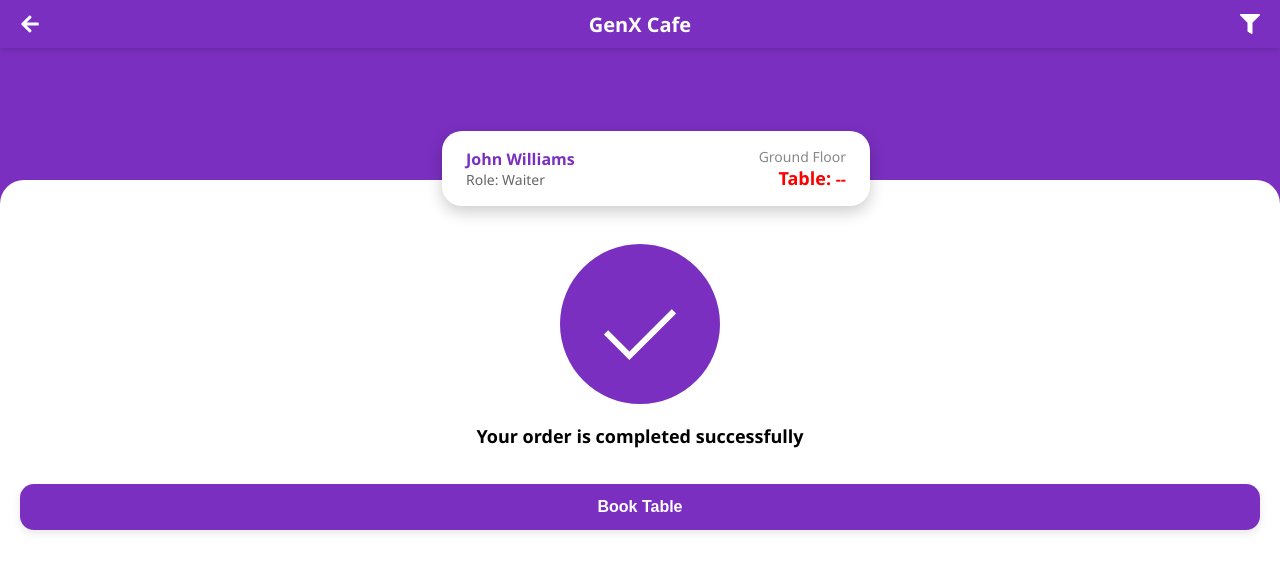
Repository: rajeshwaranslv/sturdy-spork-genx-frontend
Page: /success
The author's editor kept a copy of each file at every save. The page is drawn from the files as they stood at one save, then again after the next save.
The browser window is 1280 px wide. The pictures show the whole page.
The project was rebuilt for these pictures with package versions that can differ from the ones it lists, and the page was loaded fresh each time. Also part of the build but not shown: src/components/TableSelection.js, src/components/menu.css, src/components/MenuSelection.js, src/components/OrderReview.js, src/components/Billing.js.

Above is the page before, as saved 2025-07-17 11:32:21.

### src/App.js
import React from 'react';
import { BrowserRouter as Router, Route, Switch } from 'react-router-dom';
import TableSelection from './components/TableSelection';
import MenuSelection from './components/MenuSelection';
import OrderReview from './components/OrderReview';
import Billing from './components/Billing';
import Success from './components/Success';

export default function App() {
  return (
    <Router>
      <Switch>
        <Route exact path="/" component={TableSelection} />
        <Route path="/menu/:tableId" component={MenuSelection} />
   <Route path="/orders/:orderId" component={OrderReview} />

        <Route path="/billing/:orderId" component={Billing} />
        <Route path="/success" component={Success} />
      </Switch>
    </Router>
  );
}

### src/components/Success.js
import React, { useEffect } from 'react';
import { withRouter } from 'react-router-dom';
import { updateTableStatus } from '../services/api';
import { FaArrowLeft, FaFilter } from 'react-icons/fa';
import './success.css';

function Success({ history, location }) {
  const tableId = location.state?.tableId;

  useEffect(() => {
    if (tableId) {
      updateTableStatus(tableId, { status: 'available' })
        .then(() => console.log(`✅ Table ${tableId} marked available`))
        .catch(err => console.error('❌ Failed to update table status:', err));
    }
  }, [tableId]);

  const waiter = {
    name: 'John Williams',
    role: 'Waiter',
    floor: 'Ground Floor',
    tableId: tableId ?? '--',
  };

  return (
    <div className="container-fluid">
      {/* ✅ Header */}
      <div className="header-bar">
        <FaArrowLeft className="icon" onClick={() => history.push('/')} />
        <h2>GenX Cafe</h2>
        <FaFilter className="icon" />
      </div>

      {/* ✅ Waiter Card */}
      <div className="waiter-card">
        <div className="waiter-left">
          <strong className="waiter-name">{waiter.name}</strong>
          <div className="waiter-role">Role: {waiter.role}</div>
        </div>
        <div className="waiter-right">
          <div className="floor-label">{waiter.floor}</div>
          <div className="orders-count">
            Table: <span className="order-red">{waiter.tableId}</span>
          </div>
        </div>
      </div>

      {/* ✅ Success Body */}
      <div className="table-section">
        <div className="checkmark-circle">
          <div className="checkmark" />
        </div>
        <h2 className="success-text" style={{textAlign:"center"}}>Your order is completed successfully</h2>
              {/* ✅ Footer Button */}
      <button className="footer-btn" onClick={() => history.push('/')}>
        Book Table
      </button>
      </div>


    </div>
  );
}

export default withRouter(Success);

### src/services/api.js
import axios from 'axios';

const API = axios.create({
  baseURL: 'http://localhost:3001/',
});

export const getTables = () => API.get('/tables');
export const getTableDetails = (id) => API.get(`/tables/${id}`);
export const getFoodItems = () => API.get('/foodItems');

export const placeOrder = (data) => API.post('/orders', data);
export const updateOrderItemStatus = (id, payload) => API.patch(`/orders/${id}`, payload);
export const getOrder = (id) => API.get(`/orders/${id}`);
export const generateBill = (data) => API.post('/bills', data);

// ✅ NEW: Update table status
export const updateTableStatus = (id, payload) => API.patch(`/tables/${id}`, payload);

### src/components/style.css

*{
  margin: 0;
  padding: 0;
}
.container-fluid {
  position: relative;
  background-color: #7a2fc0;
  /* min-height: 100vh; */
  font-family: 'Segoe UI', sans-serif;
  overflow-x: hidden;
}

/* Header */
.header-bar {
  display: flex;
  justify-content: space-between;
  align-items: center;
  padding: 16px;
  color: white;
  background: #7a2fc0;
  position: sticky;
  top: 0;
  z-index: 10;
}

.header-bar h2 {
  margin: 0;
  font-size: 20px;
}

.icon {
  font-size: 18px;
  cursor: pointer;
}

/* Floating Waiter Card */
.waiter-card {
  position: absolute;
  top: 80px;
  left: 50%;
  transform: translateX(-50%);
  z-index: 20;
  background: white;
  border-radius: 16px;
  box-shadow: 0 6px 12px rgba(0, 0, 0, 0.15);
  padding: 14px 20px;
  width: 90%;
  max-width: 360px;
  display: flex;
  justify-content: space-between;
  align-items: center;
}

.waiter-name {
  color: #7a2fc0;
  font-weight: bold;
}

.waiter-role {
  font-size: 12px;
  color: #777;
}

.floor-label {
  font-weight: bold;
  font-size: 14px;
}

.orders-count {
  font-size: 12px;
  color: #777;
}

.order-red {
  color: red;
  font-weight: bold;
}

/* Main White Rounded Table Section */
.table-section {
  background: white;
  margin-top: 140px; /* space for card to float */
  border-top-left-radius: 24px;
  border-top-right-radius: 24px;
  padding: 90px 16px 24px;
  position: relative;
  z-index: 1;
}

/* Legend */
.legend-row {
  display: flex;
  justify-content: center;
  gap: 24px;
  font-size: 14px;
  margin-bottom: 20px;
  flex-wrap: wrap;
}

.legend-item {
  display: flex;
  align-items: center;
  gap: 6px;
}

.legend-dot {
  width: 10px;
  height: 10px;
  border-radius: 50%;
  display: inline-block;
}

.legend-dot.green {
  background-color: green;
}
.legend-dot.purple {
  background-color: purple;
}
.legend-dot.red {
  background-color: red;
}

/* Table Grid */
.table-grid {
  display: grid;
  grid-template-columns: repeat(auto-fit, minmax(110px, 1fr));
  gap: 14px;
  margin-bottom: 16px;
}

/* Table Buttons */
.table-btn {
  padding: 14px 0;
  border-radius: 14px;
  font-size: 16px;
  font-weight: bold;
  border: 2px solid transparent;
  cursor: pointer;
  text-align: center;
  transition: all 0.2s ease-in-out;
}

.table-btn.available {
  color: green;
  border: 2px solid green;
  background-color: white;
}
.table-btn.available:hover {
  background-color: #f0fff0;
}

.table-btn.selected {
  background-color: #7a2fc0;
  color: white;
  border: 2px solid #7a2fc0;
}

.table-btn.occupied {
  background-color: red;
  color: white;
  cursor: not-allowed;
}

/* Select Button */
.select-btn {
  width: 100%;
  padding: 14px;
  border-radius: 14px;
  background-color: #7a2fc0;
  color: white;
  font-size: 16px;
  font-weight: bold;
  border: none;
  cursor: pointer;
  box-shadow: 0 3px 8px rgba(0, 0, 0, 0.1);
}

.select-btn:disabled {
  opacity: 0.5;
  cursor: not-allowed;
}

.select-btn:hover {
  background-color: #6926b2;
}

/* Responsive */
@media (max-width: 480px) {
  .waiter-card {
    flex-direction: column;
    align-items: flex-start;
    padding: 16px;
    gap: 8px;
  }

  .legend-row {
    gap: 10px;
    font-size: 12px;
  }

  .table-btn {
    font-size: 14px;
    padding: 12px 0;
  }
}
/* Floating Waiter Card */
.waiter-card {
  position: absolute;
  top: 80px;
  left: 50%;
  transform: translateX(-50%);
  z-index: 20;
  background: white;
  border-radius: 16px;
  box-shadow: 0 6px 12px rgba(0, 0, 0, 0.15);
  padding: 14px 20px;
  width: 92%;
  max-width: 380px;
  display: flex;
  justify-content: space-between;
  align-items: center;
  transition: all 0.3s ease-in-out;
}

.waiter-name {
  color: #7a2fc0;
  font-weight: bold;
  font-size: 16px;
}

.waiter-role {
  font-size: 13px;
  color: #777;
}

.floor-label {
  font-weight: bold;
  font-size: 14px;
}

.orders-count {
  font-size: 13px;
  color: #777;
}

.order-red {
  color: red;
  font-weight: bold;
}

/* 💻 Tablet and Desktop View - Wider and Bigger Card */
@media (min-width: 768px) {
  .waiter-card {
    max-width: 640px;
    padding: 20px 32px;
  }

  .waiter-name {
    font-size: 20px;
  }

  .waiter-role,
  .orders-count,
  .floor-label {
    font-size: 16px;
  }
}

/* 🖥️ Larger Screens */
@media (min-width: 1024px) {
  .waiter-card {
    max-width: 800px;
    padding: 24px 40px;
  }

  .waiter-name {
    font-size: 22px;
  }

  .waiter-role,
  .orders-count,
  .floor-label {
    font-size: 18px;
  }
}

### src/components/order.css
/* Container Styling */
.container-fluid {
  display: flex;
  flex-direction: column;
  height: 100vh;
  overflow: hidden;
  background-color: #f6f6f6;
}

/* Header */
.header-bar {
  display: flex;
  justify-content: space-between;
  align-items: center;
  padding: 16px;
  font-size: 20px;
  background: #7a2fc0;
  color: white;
  position: sticky;
  top: 0;
  z-index: 1000;
}

/* Icons in Header */
.icon {
  cursor: pointer;
  font-size: 18px;
  color: white;
}

/* Waiter Card */
.waiter-card {
  display: flex;
  justify-content: space-between;
  background-color: white;
  margin: 1rem;
  padding: 1rem 1.2rem;
  border-radius: 18px;
  box-shadow: 0 4px 12px rgba(0, 0, 0, 0.08);
}

.waiter-left .waiter-name {
  font-size: 16px;
  color: #7a2fc0;
}

.waiter-left .waiter-role {
  font-size: 14px;
  color: #666;
}

.waiter-right .floor-label {
  font-size: 14px;
  color: #888;
  text-align: right;
}

.waiter-right .orders-count {
  font-size: 18px;
  font-weight: bold;
  color: red;
  text-align: right;
}

.order-red {
  color: red;
}

/* Scrollable White Section */
.table-section {
  flex: 1;
  background: white;
  border-radius: 20px 20px 0 0;
  padding-top: 1rem;
  overflow-y: auto;
}

/* Items Ordered Row */
.item-row {
  display: flex;
  justify-content: space-between;
  align-items: center;
  margin: 12px 1rem;
  padding-bottom: 12px;
  border-bottom: 1px solid #eee;
}

/* Item Info */
.item-info p {
  margin-top: 4px;
  color: #666;
}

/* Order Status Toggle */
.item-status {
  text-align: right;
  padding-right: 1rem;
}

/* Switch (Ant Design) customization */
.ant-switch {
  background-color: #ccc;
  height: 22px;
  min-width: 40px;
  box-shadow: inset 0 0 1px rgba(0, 0, 0, 0.2);
  vertical-align: middle;
}

.ant-switch-checked {
  background-color: #7a2fc0 !important;
}

.ant-switch-handle {
  top: 2px;
}

.ant-switch-checked .ant-switch-handle {
  left: calc(100% - 20px);
}

/* Order Status Labels */
.status-label {
  font-size: 13px;
  margin-top: 4px;
  display: block;
}

.status-label.served {
  color: #7a2fc0;
  font-weight: bold;
}

.status-label.ordered {
  color: orange;
  font-weight: bold;
}

/* Button Styling */
.select-btn {
  display: block;
  width: 90%;
  margin: 2rem auto;
  padding: 12px;
  font-size: 16px;
  background-color: #7a2fc0;
  color: white;
  border: none;
  border-radius: 12px;
  box-shadow: 0 4px 10px rgba(0, 0, 0, 0.15);
  cursor: pointer;
  transition: 0.3s;
}

.select-btn:hover {
  background-color: #6821a9;
}

### src/components/billing.css
/* Base Container */
.container-fluid {
  background-color: #7a2fc0;
  min-height: 100vh;
  font-family: 'Segoe UI', sans-serif;
  overflow: hidden;
  display: flex;
  flex-direction: column;
}

/* Header */
.header-bar {
  display: flex;
  justify-content: space-between;
  align-items: center;
  padding: 16px 20px;
  color: white;
  background: #7a2fc0;
  position: sticky;
  top: 0;
  z-index: 10;
}

.header-bar h2 {
  margin: 0;
  font-size: 20px;
}

.icon {
  font-size: 18px;
  cursor: pointer;
}

/* Floating Waiter Card */
.waiter-card {
  position: fixed;
  top: 115px;
  left: 50%;
  transform: translateX(-50%);
  z-index: 99;
  background: white;
  border-radius: 20px;
  box-shadow: 0 6px 16px rgba(0, 0, 0, 0.2);
  padding: 16px 24px;
  width: 92%;
  max-width: 380px;
  display: flex;
  justify-content: space-between;
  align-items: center;
}

.waiter-left {
  display: flex;
  flex-direction: column;
}

.waiter-name {
  color: #7a2fc0;
  font-weight: bold;
  font-size: 16px;
}

.waiter-role {
  font-size: 13px;
  color: #666;
}

.floor-label {
  font-size: 13px;
  font-weight: 500;
  color: #333;
}

.orders-count .order-red {
  color: red;
  font-weight: bold;
  font-size: 16px;
}

/* Scrollable Section */
.table-section {
  margin-top: 180px;
  background-color: white;
  border-top-left-radius: 24px;
  border-top-right-radius: 24px;
  padding: 24px 20px 40px;
  flex: 1;
  overflow-y: auto;
}

/* Section Title */
.table-section h2 {
  font-size: 18px;
  font-weight: bold;
  margin-bottom: 20px;
}

/* Items List */
.order-list {
  list-style: none;
  padding: 0;
  margin: 0;
}

.item-row {
  display: flex;
  justify-content: space-between;
  align-items: center;
  padding: 12px 0;
  border-bottom: 1px solid #eee;
}

.item-info {
  display: flex;
  flex-direction: column;
}

.item-info strong {
  font-size: 16px;
  margin-bottom: 4px;
}

.item-info p {
  font-size: 14px;
  color: #666;
  margin: 0;
}

/* Quantity Controls */
.qty-controls {
  display: flex;
  align-items: center;
  gap: 12px;
}

.qty-btn {
  background-color: #7a2fc0;
  color: white;
  border: none;
  border-radius: 50%;
  width: 36px;
  height: 36px;
  font-size: 20px;
  font-weight: bold;
  cursor: pointer;
  display: flex;
  align-items: center;
  justify-content: center;
  transition: background-color 0.2s ease;
}

.qty-btn:hover {
  background-color: #6926b2;
}

.qty-controls span {
  font-size: 16px;
  font-weight: bold;
  min-width: 24px;
  text-align: center;
}

/* Invoice Summary */
.invoice-summary {
  background-color: #f9f9f9;
  padding: 20px;
  margin-top: 32px;
  border-radius: 16px;
  box-shadow: 0 -2px 6px rgba(0, 0, 0, 0.05);
}

.invoice-summary p {
  margin: 8px 0;
  font-size: 15px;
}

.invoice-summary p:first-child {
  margin-bottom: 16px;
  font-size: 18px;
  font-weight: bold;
}

.invoice-summary p:last-child {
  font-size: 18px;
  font-weight: bold;
  color: #333;
}

/* Footer Button */
.select-btn {
  width: 100%;
  margin-top: 24px;
  padding: 16px;
  font-size: 16px;
  font-weight: bold;
  background-color: #7a2fc0;
  color: white;
  border: none;
  border-radius: 16px;
  cursor: pointer;
  box-shadow: 0 3px 8px rgba(0, 0, 0, 0.1);
}

.select-btn:hover {
  background-color: #6926b2;
}

### src/components/success.css
/* Container for Success Page */
.success-page {
  min-height: 100vh;
  display: flex;
  flex-direction: column;
  padding-top: 70px; /* space for header */
  align-items: center;
  justify-content: center;
  background-color: #f8f8f8;
  position: relative;
  text-align: center;
  box-sizing: border-box;
}

/* Header Bar */
.header-bar {
  position: fixed;
  top: 0;
  left: 0;
  right: 0;
  background: #7a2fc0;
  color: white ;
  display: flex;
  justify-content: space-between;
  align-items: center;
  padding: 14px 20px;
  z-index: 1000;
  box-shadow: 0 2px 6px rgba(0, 0, 0, 0.15);
}

.header-bar h2 {
  position: absolute;
  left: 50%;
  transform: translateX(-50%);
  margin: 0;
  font-size: 20px;
   color: white !important ;

}

.icon {
  color: white;
  font-size: 20px;
  cursor: pointer;
  z-index: 10;
}

/* Checkmark Animation */
.checkmark-circle {
  width: 160px;
  height: 160px;
  background-color: #7a2fc0;
  border-radius: 50%;
  display: flex;
  align-items: center;
  justify-content: center;
  margin: 40px auto 20px;
  animation: popCircle 0.5s ease-out;
}

.checkmark {
  width: 30px;
  height: 60px;
  border-right: 6px solid white;
  border-bottom: 6px solid white;
  transform: rotate(45deg) scale(0);
  animation: drawCheck 0.4s 0.3s ease forwards;
}

@keyframes popCircle {
  0% {
    transform: scale(0.7);
    opacity: 0;
  }
  100% {
    transform: scale(1);
    opacity: 1;
  }
}

@keyframes drawCheck {
  to {
    transform: rotate(45deg) scale(1);
  }
}

/* Success Message */
.success-page h2 {
  font-size: 18px;
  margin-top: 12px;
  color: #000000;
}

/* Fixed Bottom Button */
.footer-btn {
  width: 100%;
  padding: 14px;
  margin-top: 1rem;
  border-radius: 14px;
  background-color: #7a2fc0;
  color: white;
  font-size: 16px;
  font-weight: bold;
  border: none;
  cursor: pointer;
  box-shadow: 0 3px 8px rgba(0, 0, 0, 0.1);
}

Loaded but not shown: public/index.html (common file); src/index.js (common file)

After the next save:
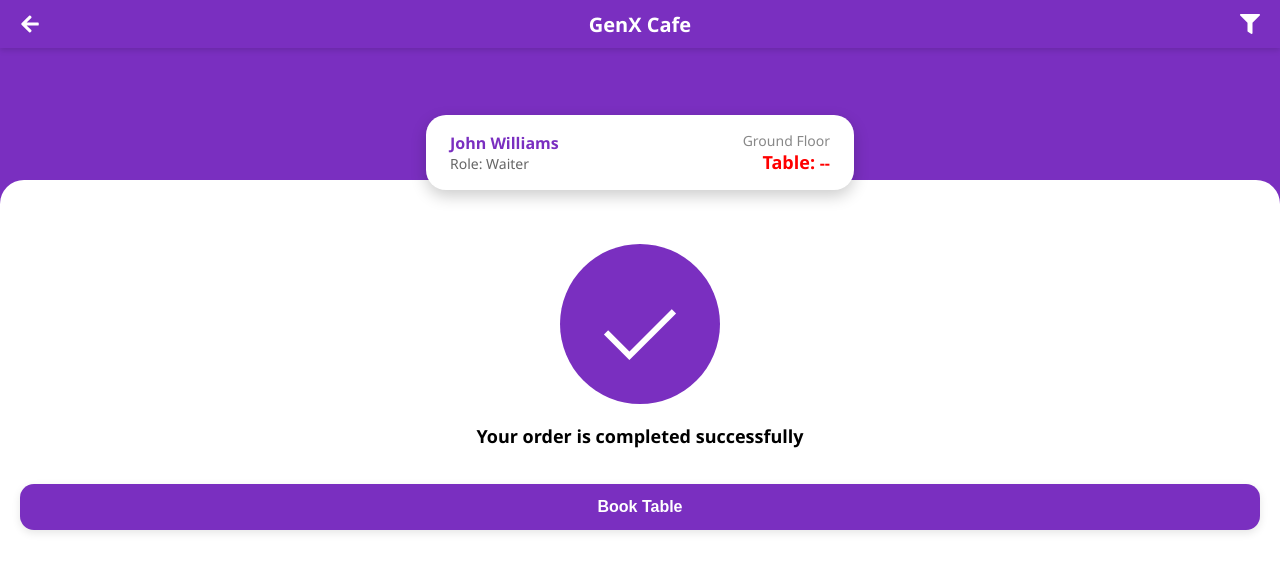
Saved 66 s later.
--- a/src/components/order.css
+++ b/src/components/order.css
@@ -33,7 +33,7 @@
   display: flex;
   justify-content: space-between;
   background-color: white;
-  margin: 1rem;
+
   padding: 1rem 1.2rem;
   border-radius: 18px;
   box-shadow: 0 4px 12px rgba(0, 0, 0, 0.08);
